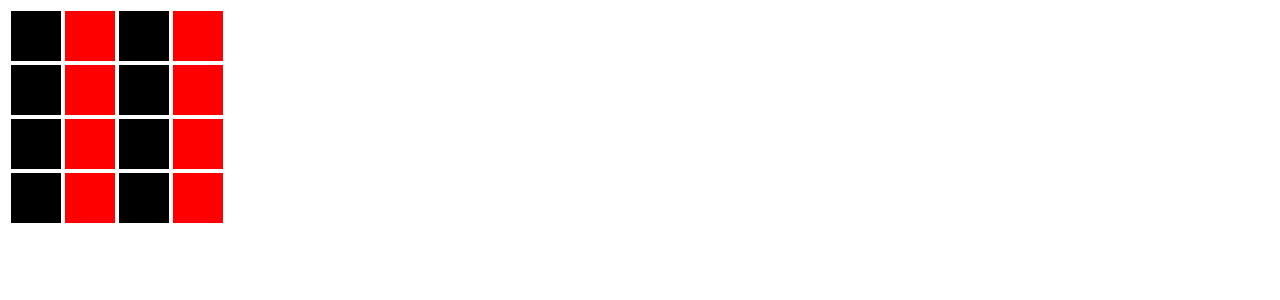
Repository: andrewjknell/JavaSpring
Page: http://localhost/CheckerBoard/NewFile.jsp
An editor plug-in stored every save of this project. The page is shown before and after the next save, followed by the edit.
The browser window is 1280 px wide. The pictures show the whole page.
The page is served by Tomcat 9.

Above is the page before, as saved 2019-11-01 23:18:41.

After the next save:
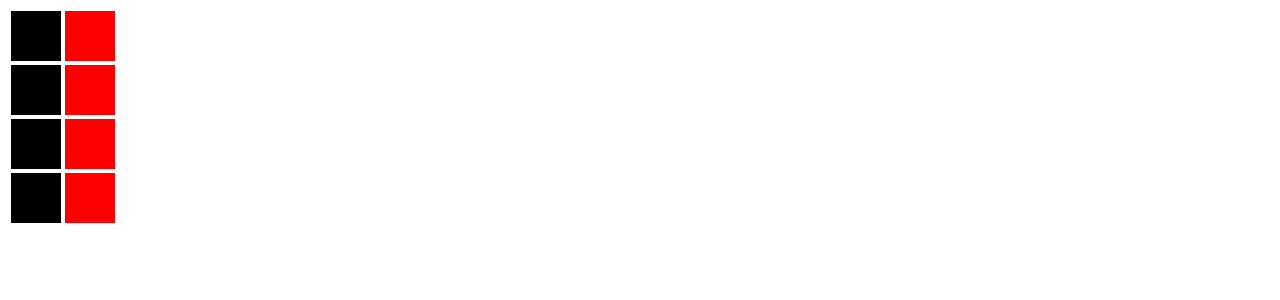
Saved 4 min 56 s later.
--- a/CheckerBoard/WebContent/NewFile.jsp
+++ b/CheckerBoard/WebContent/NewFile.jsp
@@ -13,8 +13,12 @@
 	 		<% for(int red = 0; red < 4; red++){ %>
 	 		<tr>
 			<% for(int black = 0; black < 5/2; black++){ %>
+	 			<% if(black%2 == 0){ %>
 	 			<td><div class="black"></div></td>
+	 			<% } %>
+	 			<% if(black%2 != 0){ %>
 	 			<td><div class="red"></div></td>
+	 			<% } %>
 			<%} %>
 	 		</tr>
 	 		<%} %>
